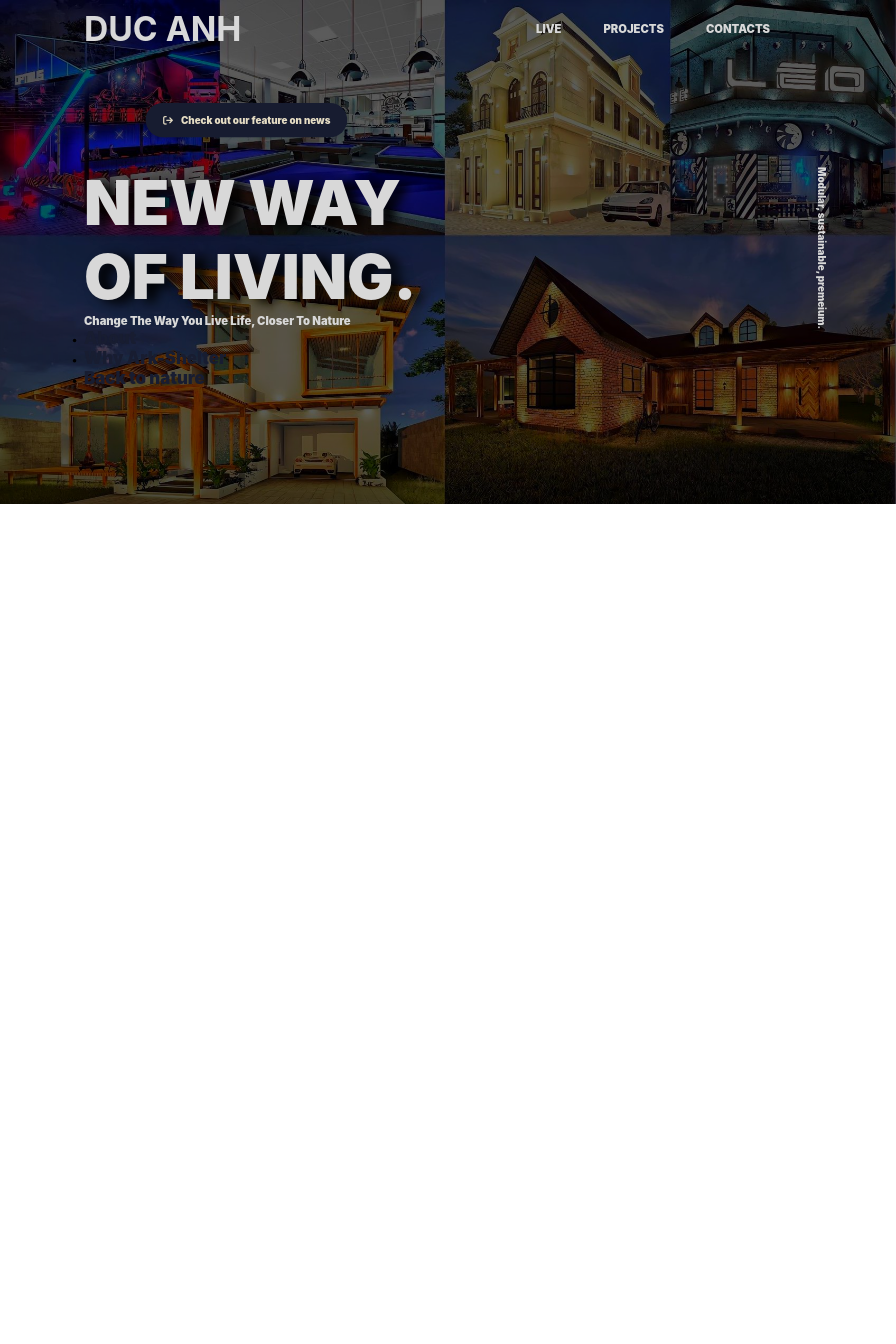
Repository: Ethanxcode/DucAnhNguyen
Page: index.html
An editor plug-in stored every save of this project. The page is shown before and after the next save, followed by the edit.
The browser window is 1280 px wide. The pictures show the part of the page from y = 0 to 1920 px (the page is 10000 px tall), at 70% of full size.

Above is the page before, as saved 2023-01-14 01:19:10.

After the next save:
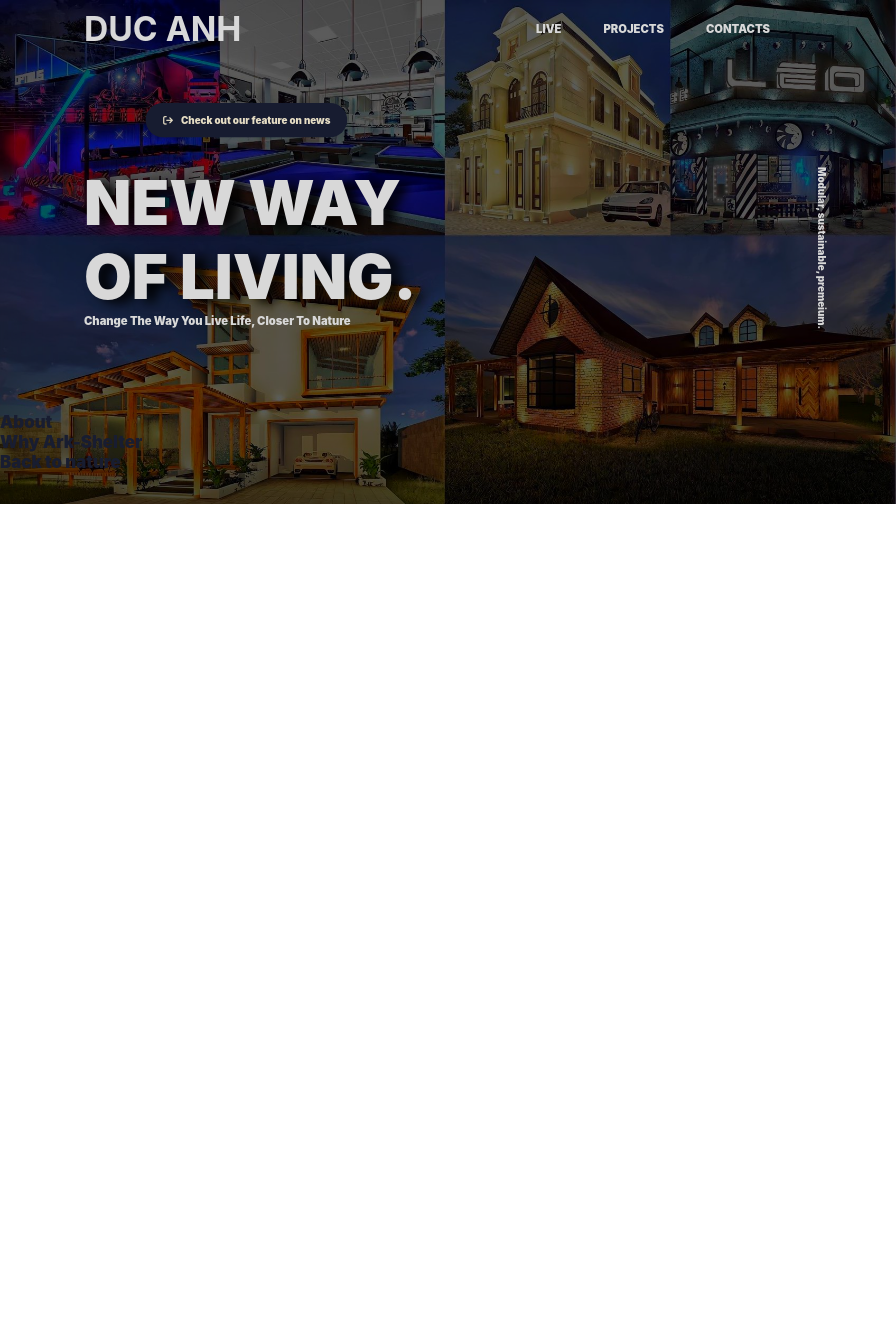
Saved 5 s later.
--- a/index.html
+++ b/index.html
@@ -57,7 +57,7 @@
 				</nav>
 			</div>
 
-			<section class="container content-above">
+			<section class="section-margin-top content-above">
 				<header class="HeaderSection">
 					<ul class="HeaderSectionMenu">
 						<li>
